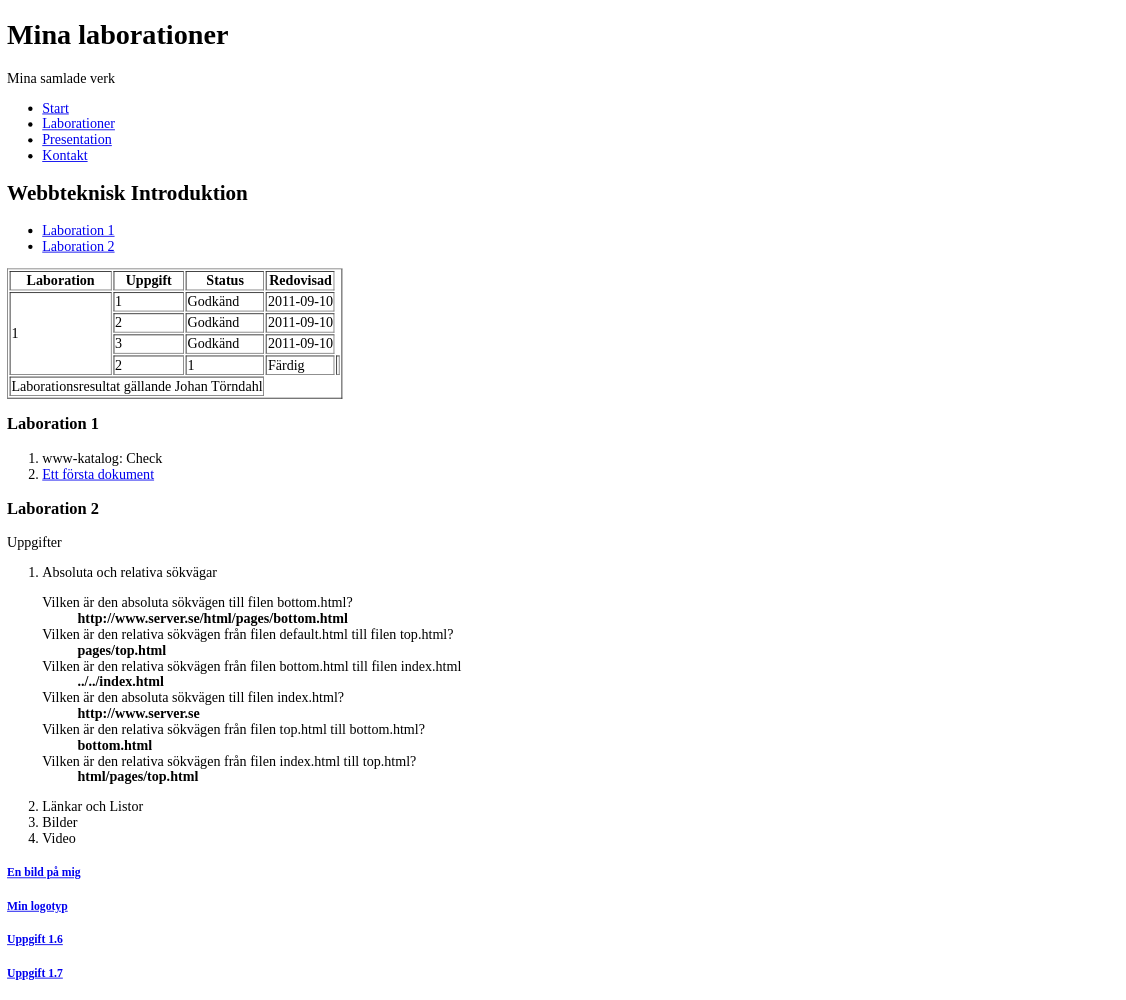
Repository: jt222ia/1ik415-jt222ia-laborationer
Page: pages/laborationer.html
The author's editor kept a record of every edit. The page is drawn from the files as they stood at one moment, then again after the next edit.
The browser window is 1280 px wide. The pictures show the whole page, at 88% of full size.

Above is the page before.

### pages/laborationer.html
<!DOCTYPE html>
<html>
    <head>
        <meta charset="utf-8" />
        <title>Min kursblogg - Laborationer</title>

    </head>
    <body>
        <h1>Mina laborationer</h1>
        <span>Mina samlade verk</span>

            <ul>
               <li><a href="../index.html">Start</a></li>
               <li><a href="laborationer.html">Laborationer</a></li>
               <li><a href="presentation.html">Presentation</a></li>
               <li><a href="kontakt.html">Kontakt</a></li>
            </ul>

        <h2>Webbteknisk Introduktion</h2>

            <ul>
                <li><a href="#laboration1">Laboration 1</a></li>
                <li><a href="#laboration2">Laboration 2</a></li>
            </ul>

        <table border="1">
            <thead>
                <tr>
                    <th>Laboration</th>
                    <th>Uppgift</th>
                    <th>Status</th>
                    <th>Redovisad</th>
                </tr>
            </thead>
            <tfoot>
                <tr>
                    <td colspan="3">Laborationsresultat gällande Johan Törndahl</td>
                </tr>
            </tfoot>
            <tbody>
                <tr>
                    <td rowspan="4">1</td>
                    <td>1</td>
                    <td>Godkänd</td>
                    <td>2011-09-10</td>
                </tr>
                <tr>
                    <td>2</td>
                    <td>Godkänd</td>
                    <td>2011-09-10</td>
                </tr>
                <tr>
                    <td>3</td>
                    <td>Godkänd</td>
                    <td>2011-09-10</td>
                </tr>
                <tr>
                    <td rowspan="6">2</td>
                    <td>1</td>
                    <td>Färdig</td>
                    <td></td>
                </tr>
            </tbody>
        </table>

        <h3 id="laboration1">Laboration 1</h3>

            <ol>
                <li>www-katalog: Check</li>
                <li><a href="presentation.html">Ett första dokument</a></li>
            </ol>

        <h3 id="laboration2">Laboration 2</h3>
        <span>Uppgifter</span>

            <ol>
            <li>Absoluta och relativa sökvägar</li>
                <dl>
                <dt>Vilken är den absoluta sökvägen till filen bottom.html?</dt>
                    <dd><strong>http://www.server.se/html/pages/bottom.html</strong></dd>
                <dt>Vilken är den relativa sökvägen från filen default.html till filen top.html?</dt>
                    <dd><strong>pages/top.html</strong></dd>
                <dt>Vilken är den relativa sökvägen från filen bottom.html till filen index.html</dt>
                    <dd><strong>../../index.html</strong></dd>
                <dt>Vilken är den absoluta sökvägen till filen index.html?</dt>
                    <dd><strong>http://www.server.se</strong></dd>
                <dt>Vilken är den relativa sökvägen från filen top.html till bottom.html?</dt>
                    <dd><strong>bottom.html</strong></dd>
                <dt>Vilken är den relativa sökvägen från filen index.html till top.html?</dt>
                    <dd><strong>html/pages/top.html</strong></dd>
                </dl>

            <li>Länkar och Listor</li>
            <li>Bilder</li>

            <li>Video</li>
            </ol>

        <h5><a href="http://jt222ia.github.io/1ik415-jt222ia-laborationer/pages/presentation.html#bilden">En bild på mig</a></h5>
        <h5><a href="http://jt222ia.github.io/1ik415-jt222ia-laborationer/pics/logo.png">Min logotyp</a></h5>
       <h5><a href="../index.html">Uppgift 1.6</a></h5>
       <h5><a href="../index.html">Uppgift 1.7</a></h5>
    </body>
</html>

After the next edit:
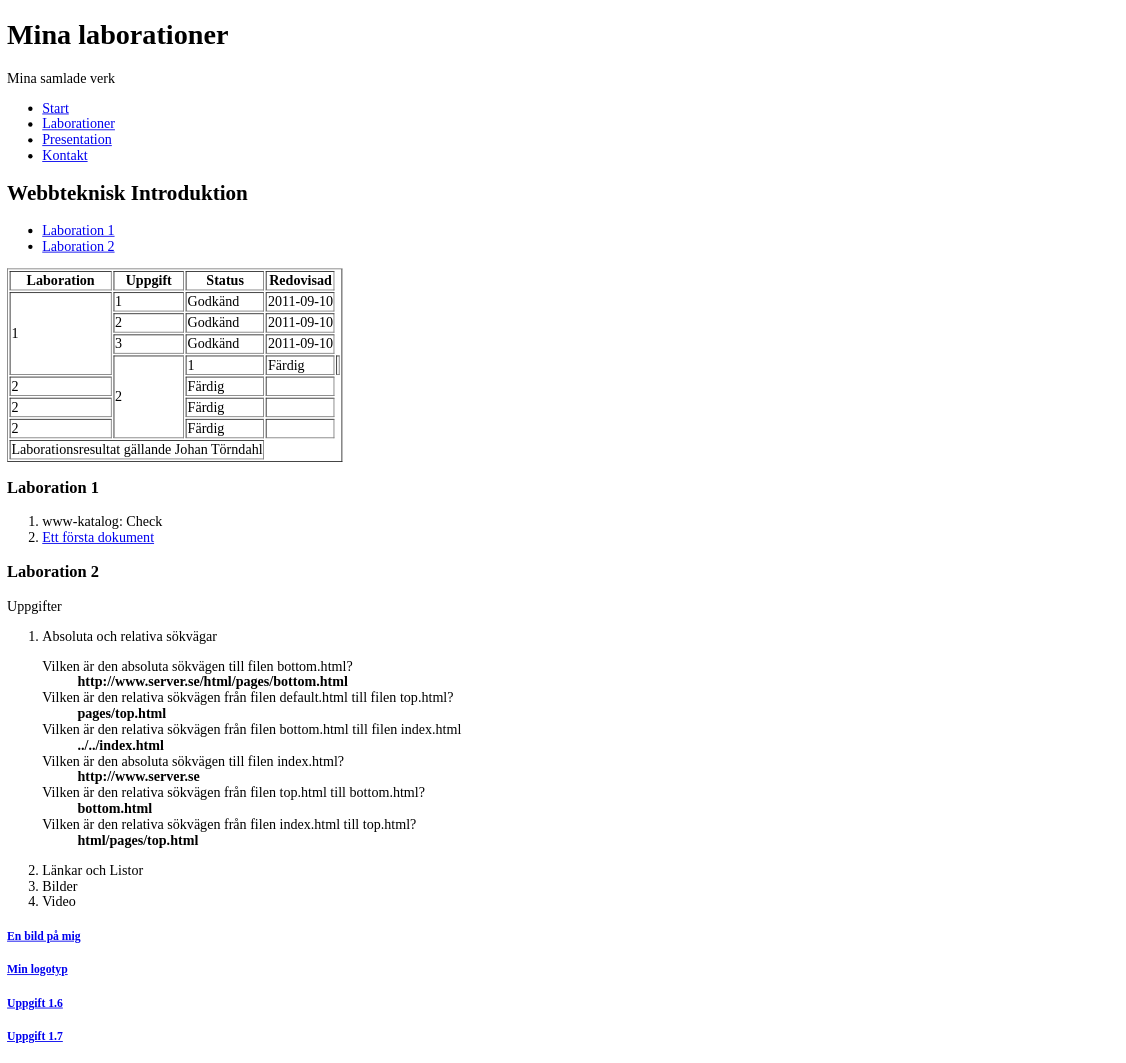
The edit:
--- a/pages/laborationer.html
+++ b/pages/laborationer.html
@@ -60,6 +60,21 @@
                     <td>Färdig</td>
                     <td></td>
                 </tr>
+                <tr>
+                    <td>2</td>
+                    <td>Färdig</td>
+                    <td></td>
+                </tr>
+                 <tr>
+                    <td>2</td>
+                    <td>Färdig</td>
+                    <td></td>
+                </tr>
+                 <tr>
+                    <td>2</td>
+                    <td>Färdig</td>
+                    <td></td>
+                </tr>
             </tbody>
         </table>
 
